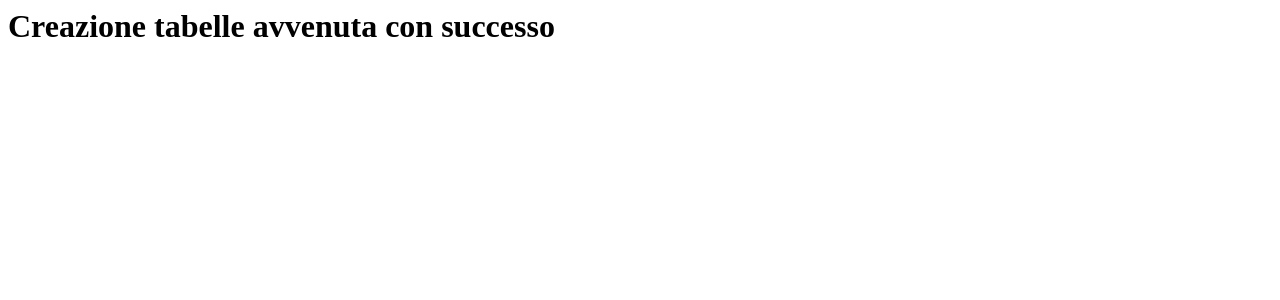
Repository: EmanueleCoradin/IoTMonitoring-CV-19-Patients
Page: http://localhost/init.php
The author's editor kept a copy of each file at every save. The page is drawn from the files as they stood at one save, then again after the next save.
The browser window is 1280 px wide. The pictures show the whole page.
The page is run by PHP 8.4 with error messages shown; the project is at /var/www/html/.

Above is the page before, as saved 2020-05-11 16:50:24.

### allegati/sitoPHP/php/init.php
<?php
#----------------------------------------------------------------------#
#-------------------INIZIALIZZO CONNESSIONE DATABASE ------------------#
#----------------------------------------------------------------------#

$dbname = "monitoraggioDB";
$username = "root";
$password="";
$host = "localhost";
$conn = new mysqli ($host, $username, $password, $dbname);

if(!$conn)
    die("Errore di connessione al db: ".$conn -> connect_error);

#----------------------------------------------------------------------#
#------------------------- INIZIALIZZO TABELLE ------------------------#
#----------------------------------------------------------------------#

#-------------------------- TABELLA MEDICO ---------------------------#
$sql="
    CREATE TABLE IF NOT EXISTS MEDICO(
        CF varchar(32) not null,
        nome varchar(32) not null,
        cognome varchar(32) not null,
        email varchar(32) not null,
        password varchar(32) not null,
        PRIMARY KEY (CF)
    )";
$result = $conn -> query($sql);

if(!$result){
    print("<h1>Error ".$conn -> errno."</h1>");
    die("Errore creazione tabella Medico: ".$conn -> error);
}

#-------------------------- TABELLA STRUTTURA ---------------------------#

$sql="
    CREATE TABLE IF NOT EXISTS STRUTTURA(
        IDstruttura int not null,
        nome varchar(32) not null,
        via varchar(32) not null,
        numeroCivico int not null,
        citta varchar(32) not null,
        provincia varchar(32) not null,
        regione varchar(32) not null,
        PRIMARY KEY (IDstruttura)
    )";
$result = $conn -> query($sql);

if(!$result){
    print("<h1>Error ".$conn -> errno."</h1>");
    die("Errore creazione tabella Struttura: ".$conn -> error);
}

#-------------------------- TABELLA PAZIENTE ---------------------------#

$sql="
    CREATE TABLE IF NOT EXISTS PAZIENTE(
        CF varchar(32) not null,
        nome varchar(32) not null,
        cognome varchar(32) not null,
        via varchar(32) not null,
        numeroCivico int not null,
        citta varchar(32) not null,
        provincia varchar(32) not null,
        regione varchar(32) not null,
        dataNascita date not null,
        sesso varchar(1) not null,
        linkTG varchar(32) not null,
        dataTrasferimento date,
        email varchar(32) not null,
        password varchar(32) not null,
        CFmedico varchar(32) not null,
        IDstruttura int,
        PRIMARY KEY (CF),
        FOREIGN KEY (CFmedico) REFERENCES MEDICO(CF),
        FOREIGN KEY (IDstruttura) REFERENCES STRUTTURA(IDstruttura)
    )";
$result = $conn -> query($sql);

if(!$result){
    print("<h1>Error ".$conn -> errno."</h1>");
    die("Errore creazione tabella Paziente: ".$conn -> error);
}

#-------------------------- TABELLA MISURAZIONE ---------------------------#

$sql="
    CREATE TABlE IF NOT EXISTS MISURAZIONE(
        IDmisurazione int not null,
        data date not null,
        ora time not null,
        sp02 float,
        fr float,
        fc float,
        pi float,
        IDpaziente varchar(32) not null,
        PRIMARY KEY (IDmisurazione),
        FOREIGN KEY (IDpaziente) REFERENCES PAZIENTE(CF)
    )";
$result = $conn -> query($sql);

if(!$result){
    print("<h1>Error ".$conn -> errno."</h1>");
    die("Errore creazione tabella Misurazione: ".$conn -> error);
}

print("<h1>Creazione tabelle avvenuta con successo</h1>");

$conn -> close();

?>

After the next save:
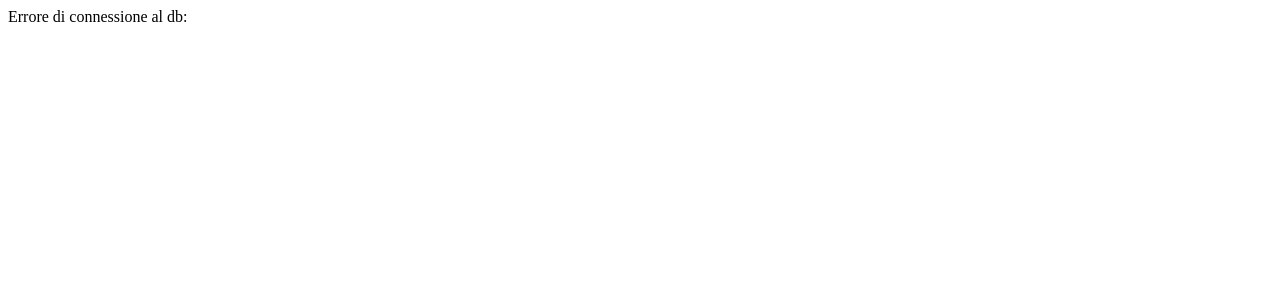
Saved 6 s later.
--- a/allegati/sitoPHP/php/init.php
+++ b/allegati/sitoPHP/php/init.php
@@ -10,6 +10,7 @@
 $conn = new mysqli ($host, $username, $password, $dbname);
 
 if(!$conn)
+    print("<h1>Error ".$conn -> errno."</h1>");
     die("Errore di connessione al db: ".$conn -> connect_error);
 
 #----------------------------------------------------------------------#

After the save that followed:
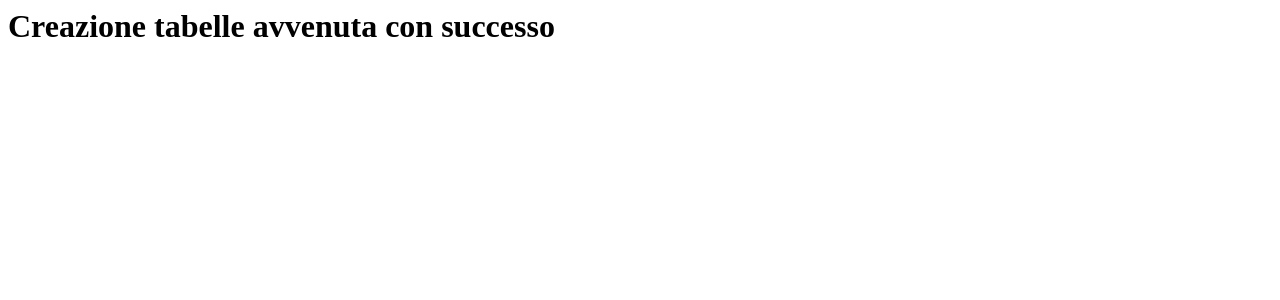
Saved 19 s later.
--- a/allegati/sitoPHP/php/init.php
+++ b/allegati/sitoPHP/php/init.php
@@ -9,10 +9,10 @@
 $host = "localhost";
 $conn = new mysqli ($host, $username, $password, $dbname);
 
-if(!$conn)
+if(!$conn){
     print("<h1>Error ".$conn -> errno."</h1>");
     die("Errore di connessione al db: ".$conn -> connect_error);
-
+}
 #----------------------------------------------------------------------#
 #------------------------- INIZIALIZZO TABELLE ------------------------#
 #----------------------------------------------------------------------#
